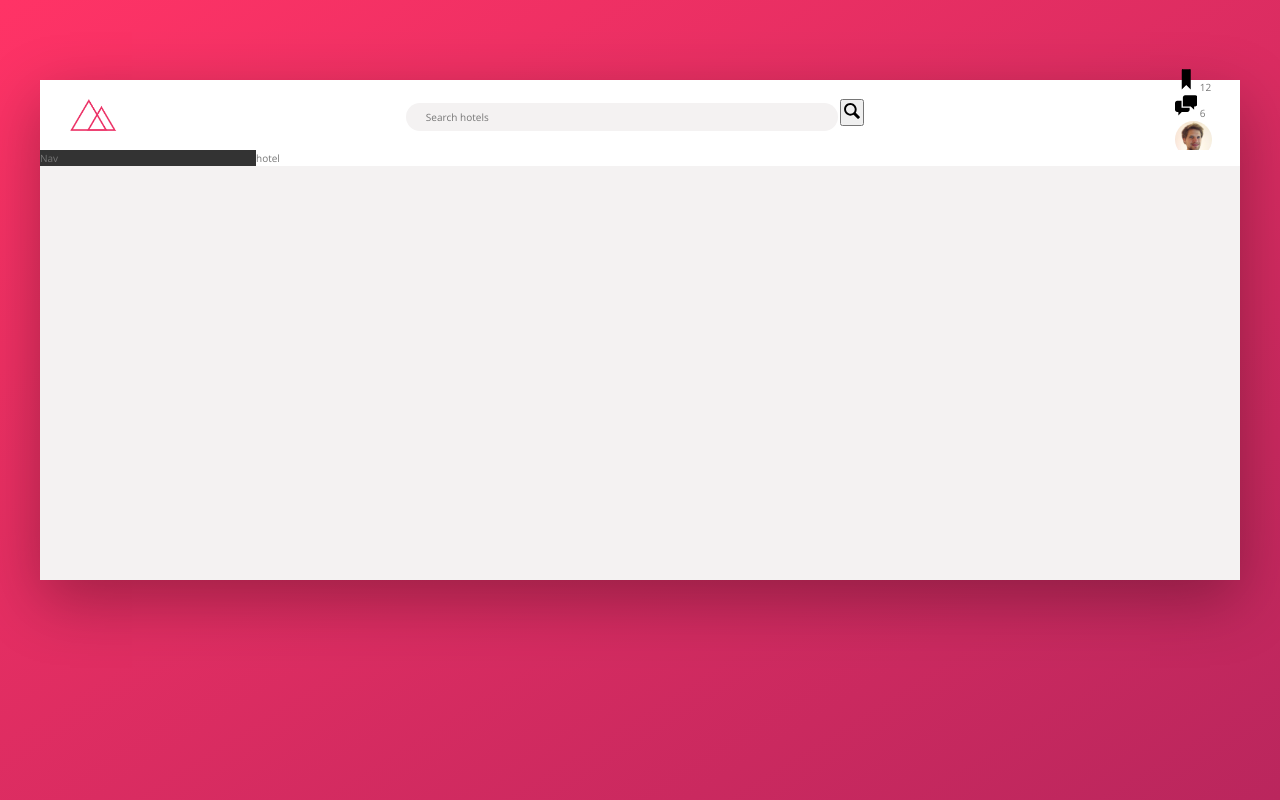
Repository: mohamediyas/flex_website
Page: index.html
An editor plug-in stored every save of this project. The page is shown before and after the next save, followed by the edit.
The browser window is 1280 px wide. The pictures show the whole page.
The style sheet was rebuilt from its Sass, Less or Tailwind sources for each picture, by a compiler version that may differ from the author's.

Above is the page before, as saved 2022-07-31 19:05:12.

After the next save:
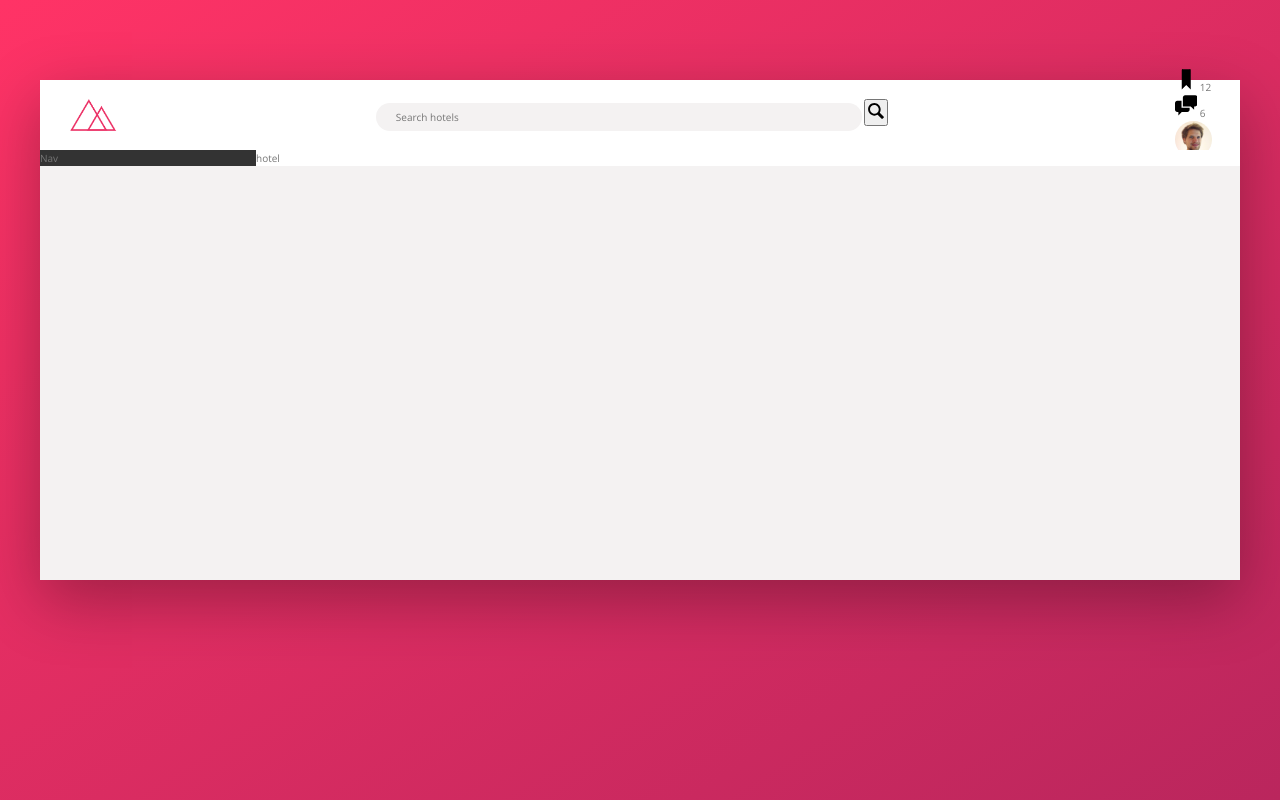
Saved 17 s later.
--- a/sass/_components.scss
+++ b/sass/_components.scss
@@ -4,7 +4,7 @@
 }
 
 .search {
-  flex: 0 0 40%;
+  flex: 0 0 45%;
 
   &__input {
     font-family: inherit;

After the save that followed:
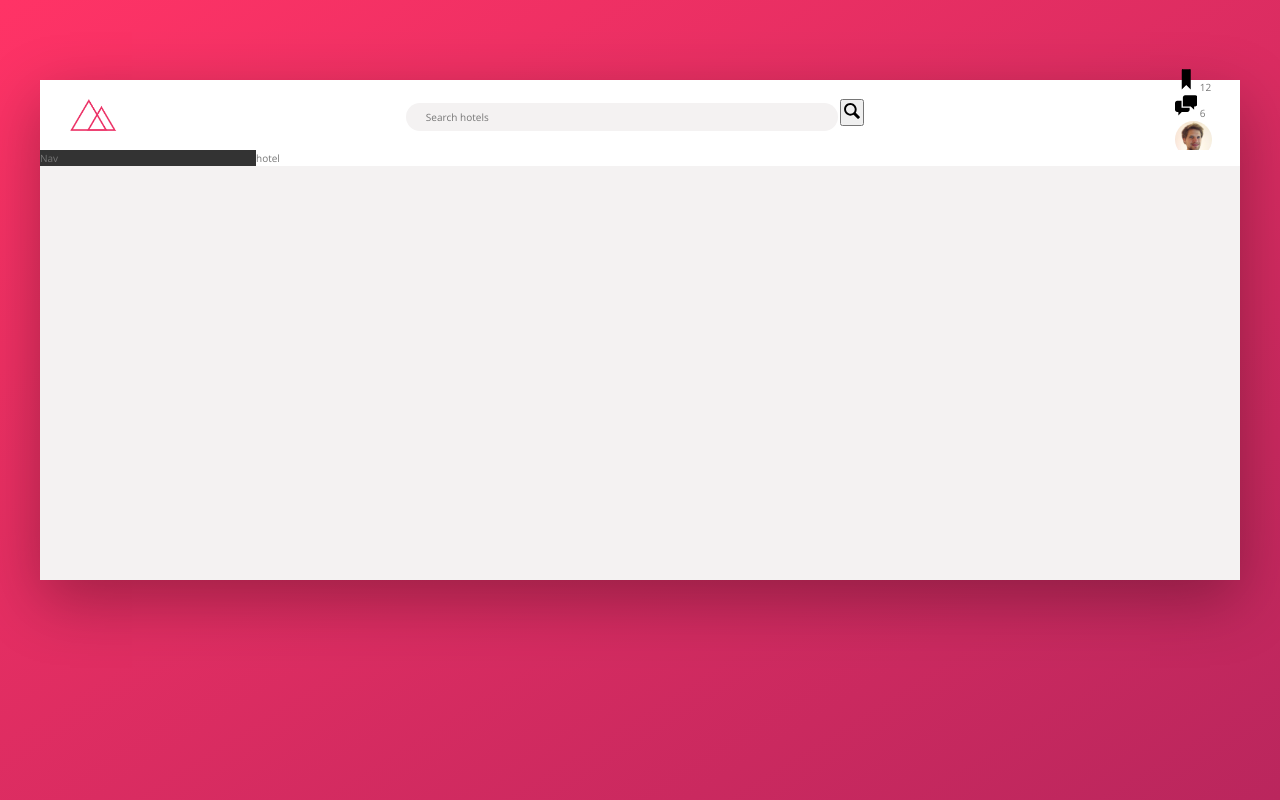
Saved 9 s later.
--- a/sass/_components.scss
+++ b/sass/_components.scss
@@ -4,7 +4,7 @@
 }
 
 .search {
-  flex: 0 0 45%;
+  flex: 0 0 40%;
 
   &__input {
     font-family: inherit;
